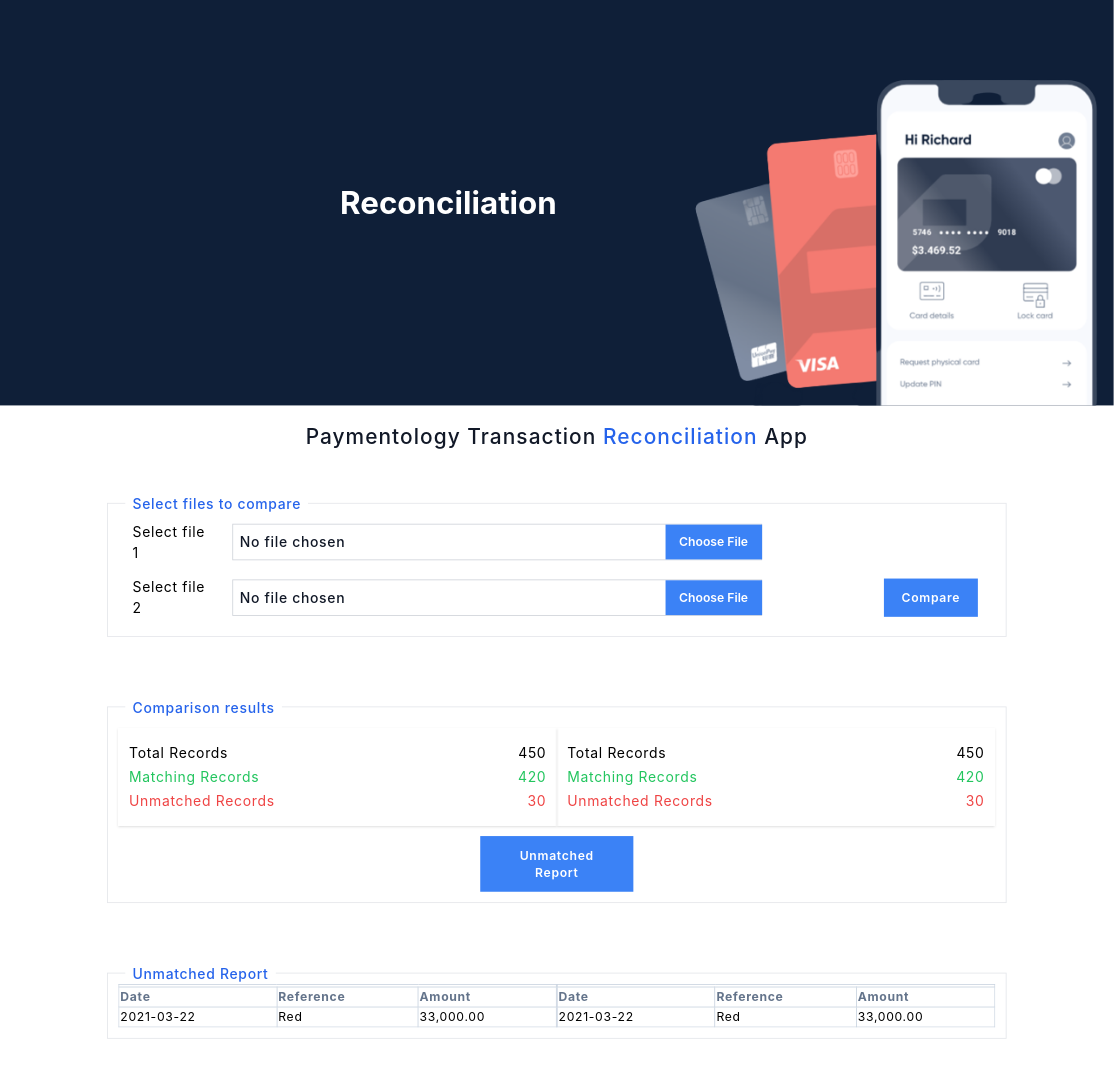
Repository: chionye/paymentology-front
Page: /
These files come from the project's save history. The page is drawn as it stood at one moment and after the next save; the edit follows.
The browser window is 1280 px wide. The pictures show the whole page, at 87% of full size.
The project was rebuilt for these pictures with package versions that can differ from the ones it lists, and the page was loaded fresh each time.

Above is the page before, as saved 2022-03-20 13:36:34.

After the next save:
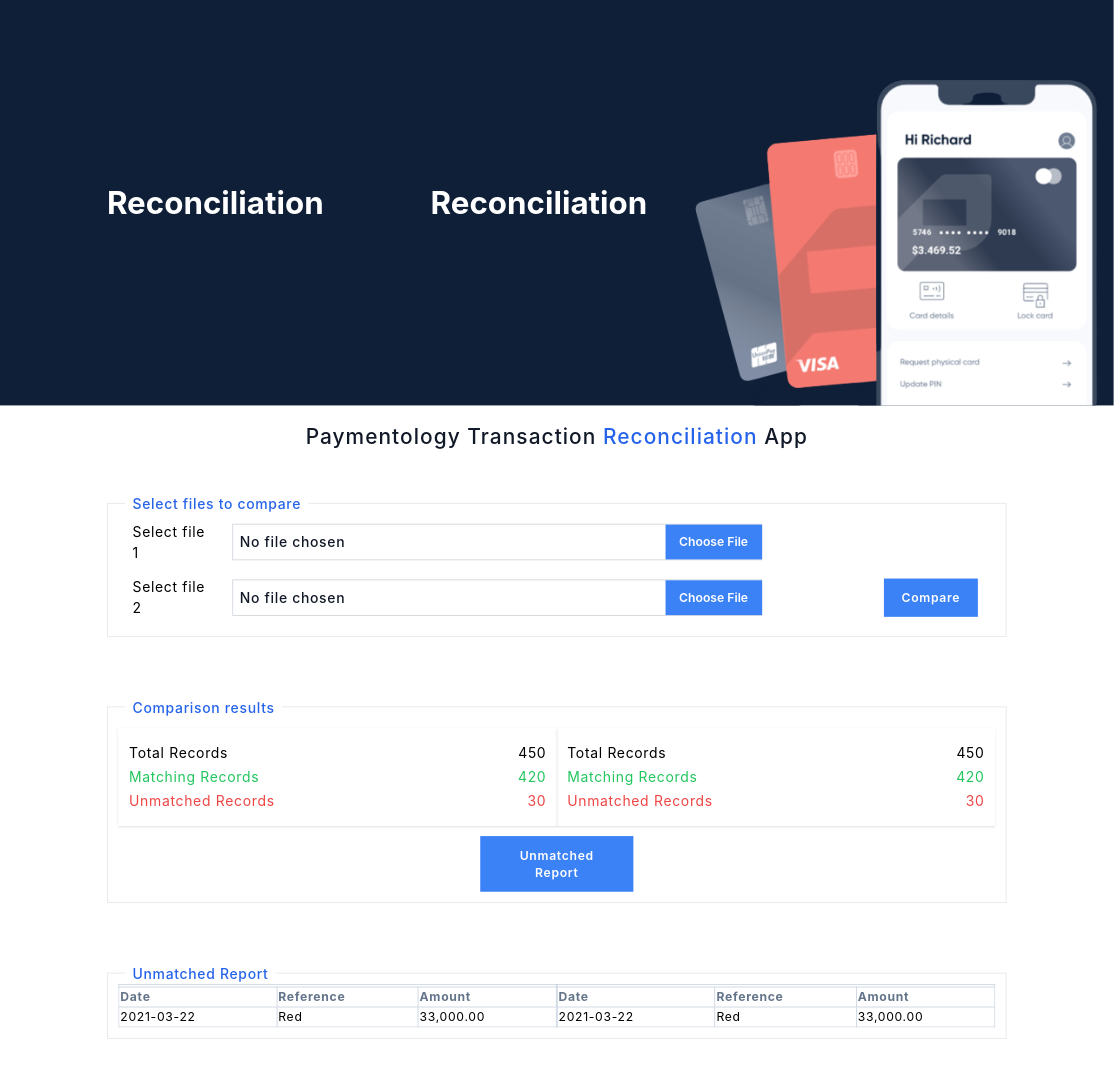
Saved 13 s later.
--- a/src/components/Banner.js
+++ b/src/components/Banner.js
@@ -9,6 +9,9 @@ const Banner = () => {
             <div className="w-1/2 text-white text-4xl font-bold text-right">
                 <h1>Reconciliation</h1>
             </div>
+            <div className="w-1/2 text-white text-4xl font-bold text-right">
+                <h1>Reconciliation</h1>
+            </div>
             <img src={BannerImg} alt="Banner" />
         </div>
     )
